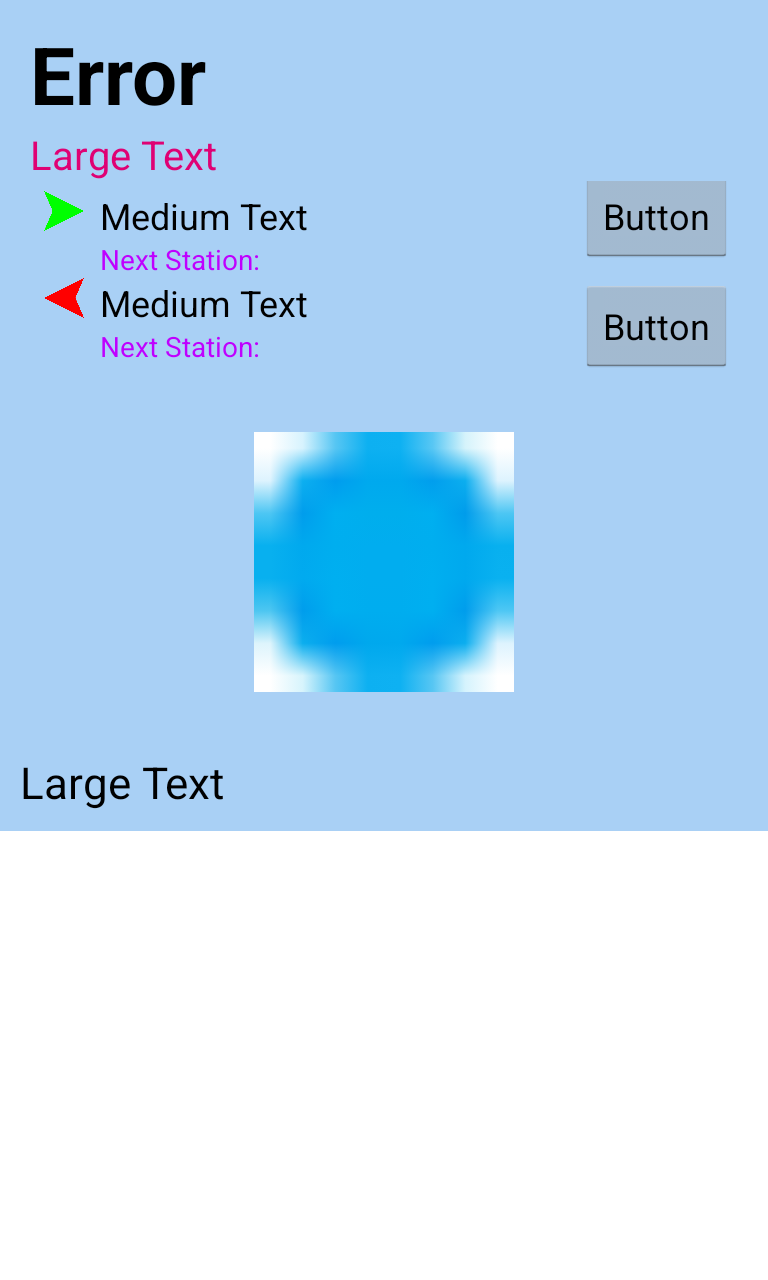
Repository: patheon17/myrepo2
Layout: workspace/UMBusTracking/res/layout/single_list_item_view.xml
The author's editor kept a copy of each file at every save. The layout is drawn from the files as they stood at one save, then again after the next save.
It is drawn on a 768 x 1280 px phone screen (xhdpi) without system bars, with theme AppTheme; the app's code is not run.

Above is the layout before, as saved 2013-10-03 18:41:17.

After the next save:
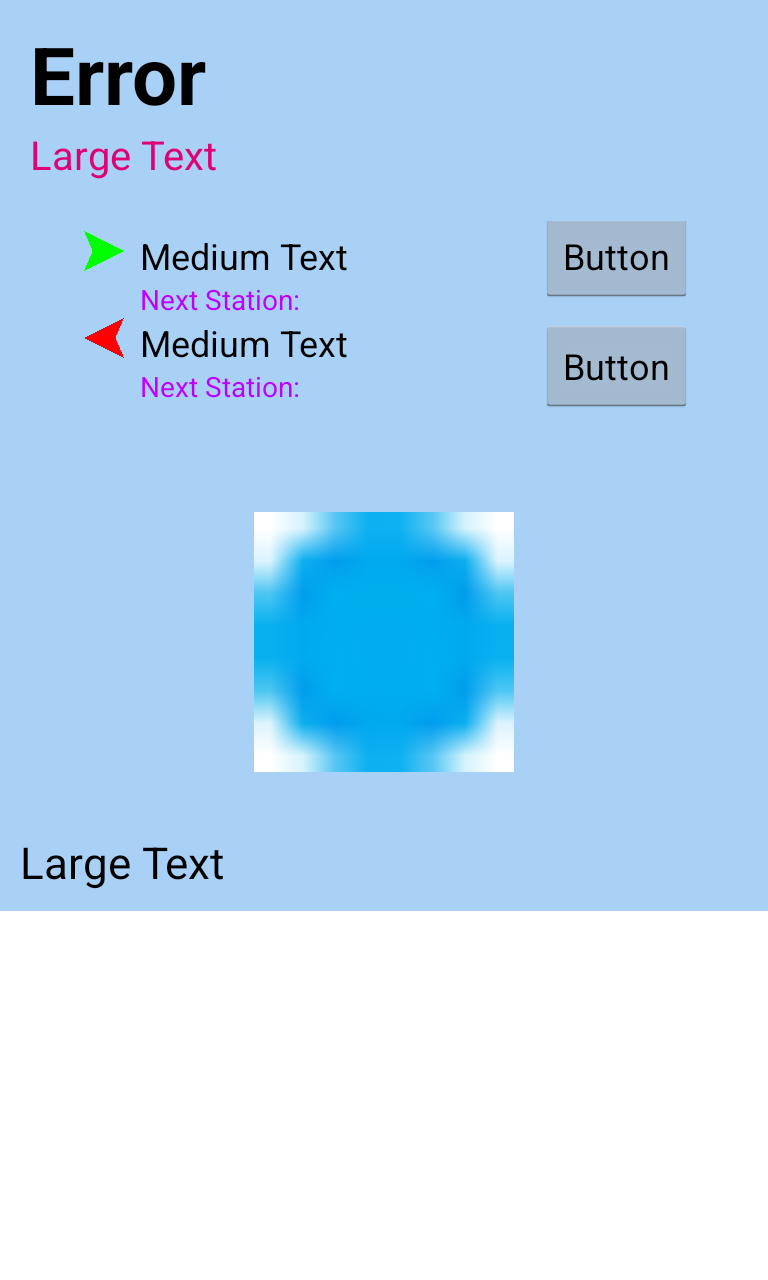
Saved 43 s later.
--- a/workspace/UMBusTracking/res/layout/single_list_item_view.xml
+++ b/workspace/UMBusTracking/res/layout/single_list_item_view.xml
@@ -35,6 +35,7 @@
     android:layout_height="match_parent"
     android:id="@+id/div1"
     android:layout_below="@+id/routename"
+    android:padding="20sp"
     >
 
 
